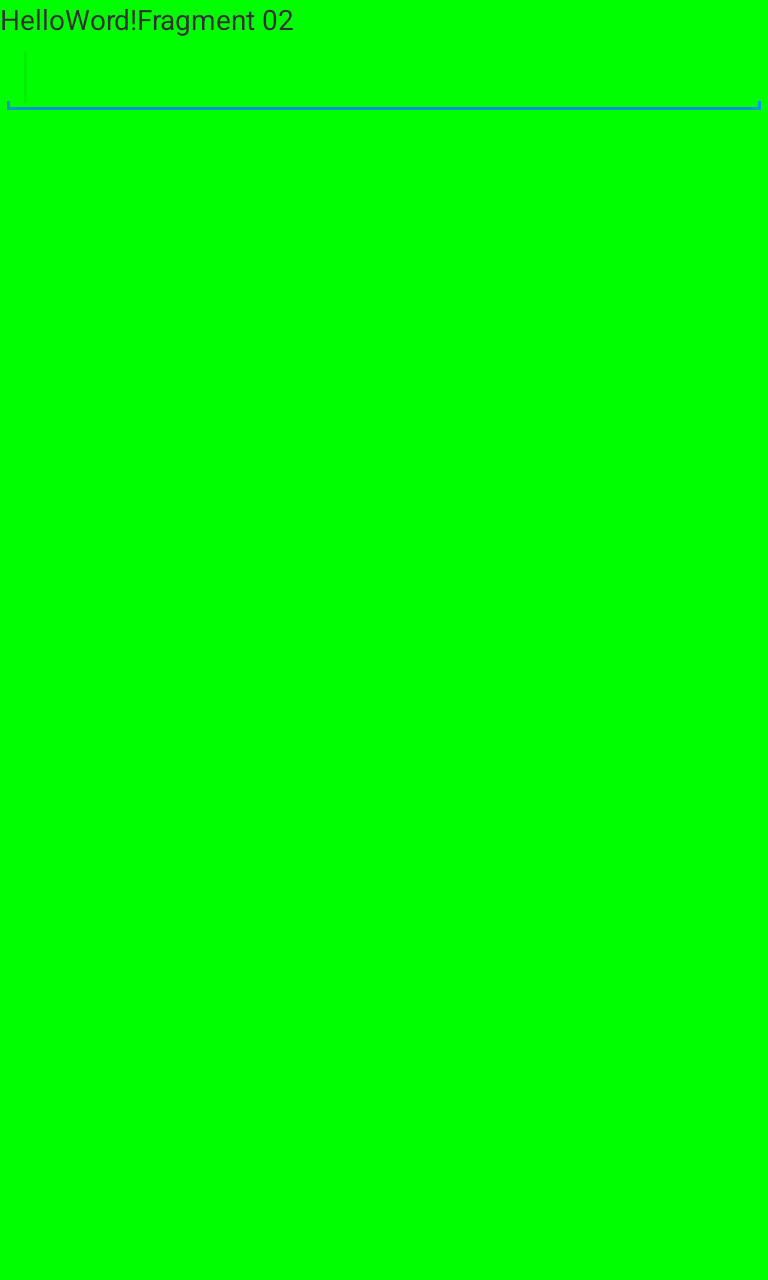
Repository: IvyZh/hm66
Layout: 黑马基础项目/res/layout/activity_fragment02.xml
An editor plug-in stored every save of this project. The layout is shown before and after the next save, followed by the edit.
It is drawn on a 768 x 1280 px phone screen (xhdpi) without system bars, with theme AppTheme; the app's code is not run.

Above is the layout before, as saved 2016-05-29 17:40:38.

After the next save:
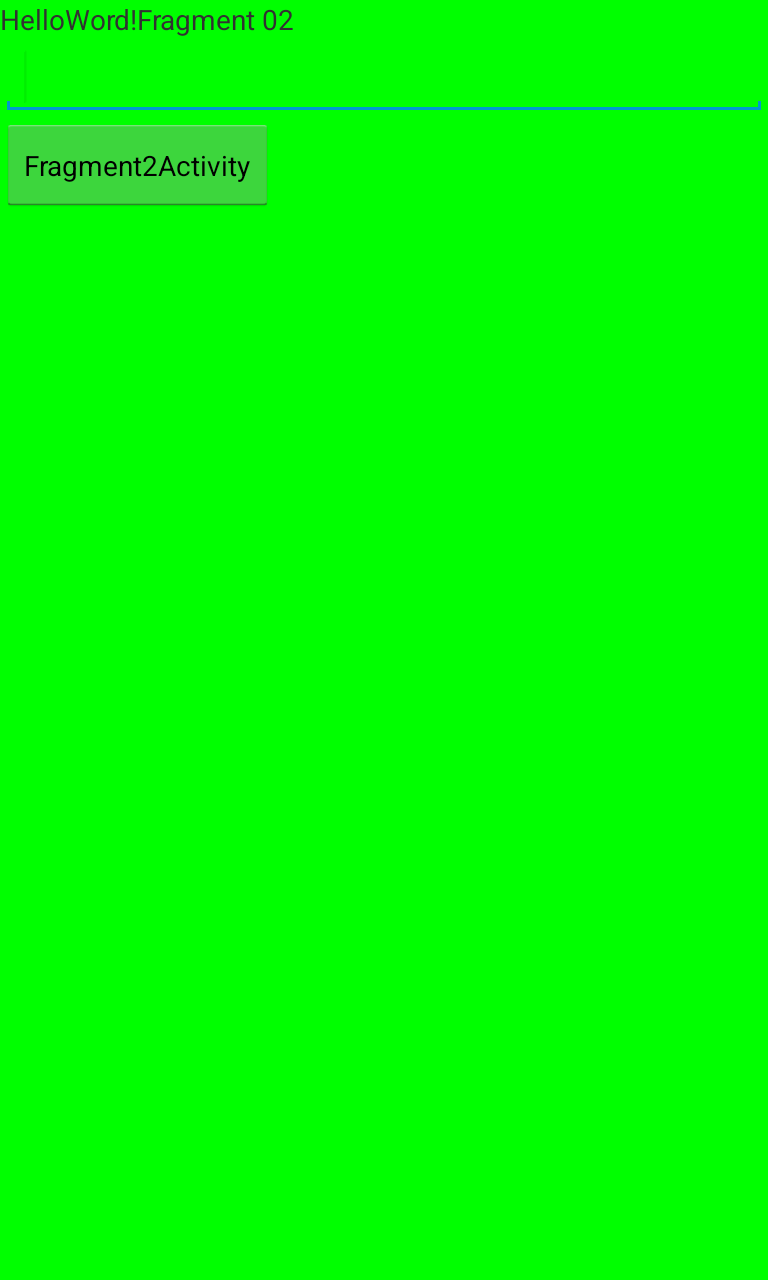
Saved 30 s later.
--- a/黑马基础项目/res/layout/activity_fragment02.xml
+++ b/黑马基础项目/res/layout/activity_fragment02.xml
@@ -20,4 +20,11 @@
         <requestFocus />
     </EditText>
 
+    <Button
+        android:id="@+id/button1"
+        style="?android:attr/buttonStyleSmall"
+        android:layout_width="wrap_content"
+        android:layout_height="wrap_content"
+        android:text="Fragment2Activity" />
+
 </LinearLayout>
